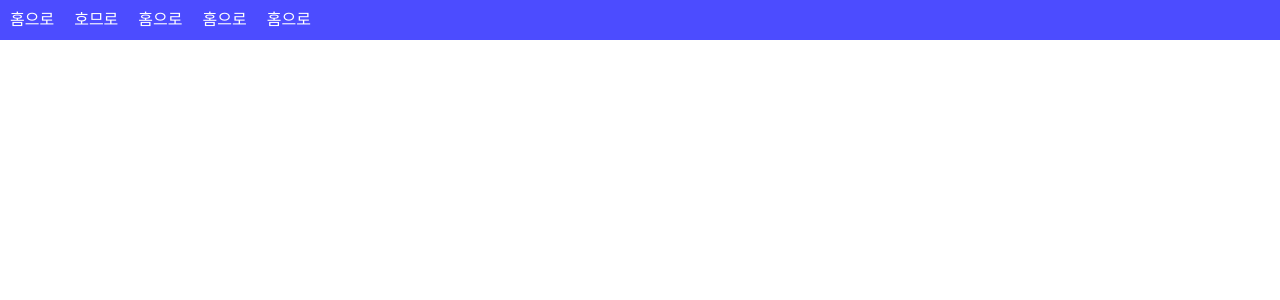
Repository: ParkJinWoo128/MyProject
Page: http://localhost/exam_01/WepContent/layout/nav.jsp
The author's editor kept a copy of each file at every save. The page is drawn from the files as they stood at one save, then again after the next save.
The browser window is 1280 px wide. The pictures show the whole page.
The page is served by Tomcat 9.

Above is the page before, as saved 2024-10-04 11:46:26.

After the next save:
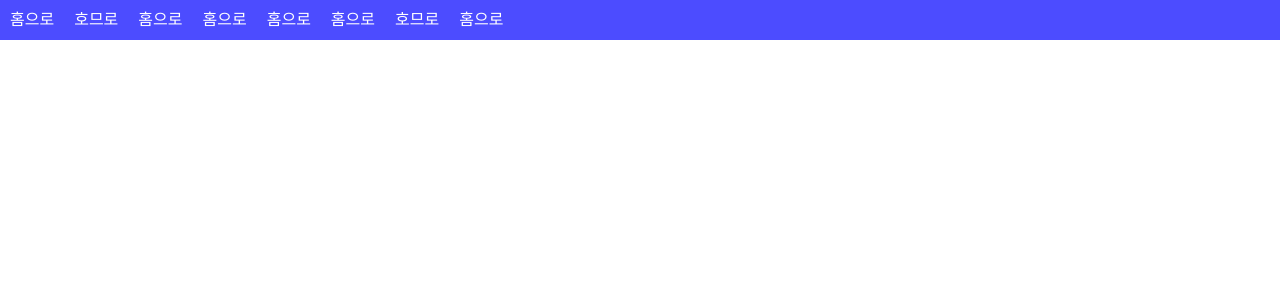
Saved 19 s later.
--- a/exam_01/WepContent/layout/nav.jsp
+++ b/exam_01/WepContent/layout/nav.jsp
@@ -16,7 +16,9 @@
 			<li><a href="home.jsp">홈으로</a></li>
 			<li><a href="home.jsp">홈으로</a></li>
 			<li><a href="home.jsp">홈으로</a></li>
-
+			<li><a href="home.jsp">홈으로</a></li>
+			<li><a href="home.jsp">호므로</a></li>
+			<li><a href="home.jsp">홈으로</a></li>
 		</ul>
 	</main>
 </body>

After the 2 saves that followed:
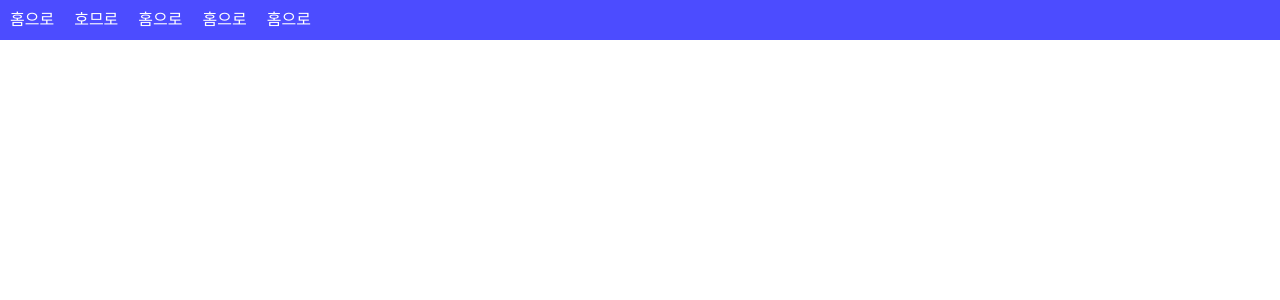
The 2 saves are shown as one change because 1 left the picture as it was.
The last was saved 30 s later.
--- a/exam_01/WepContent/layout/nav.jsp
+++ b/exam_01/WepContent/layout/nav.jsp
@@ -10,15 +10,11 @@
 <body>
 	<main id="nav">
 		<ul>
-
 			<li><a href="home.jsp">홈으로</a></li>
 			<li><a href="home.jsp">호므로</a></li>
 			<li><a href="home.jsp">홈으로</a></li>
 			<li><a href="home.jsp">홈으로</a></li>
 			<li><a href="home.jsp">홈으로</a></li>
-			<li><a href="home.jsp">홈으로</a></li>
-			<li><a href="home.jsp">호므로</a></li>
-			<li><a href="home.jsp">홈으로</a></li>
 		</ul>
 	</main>
 </body>
